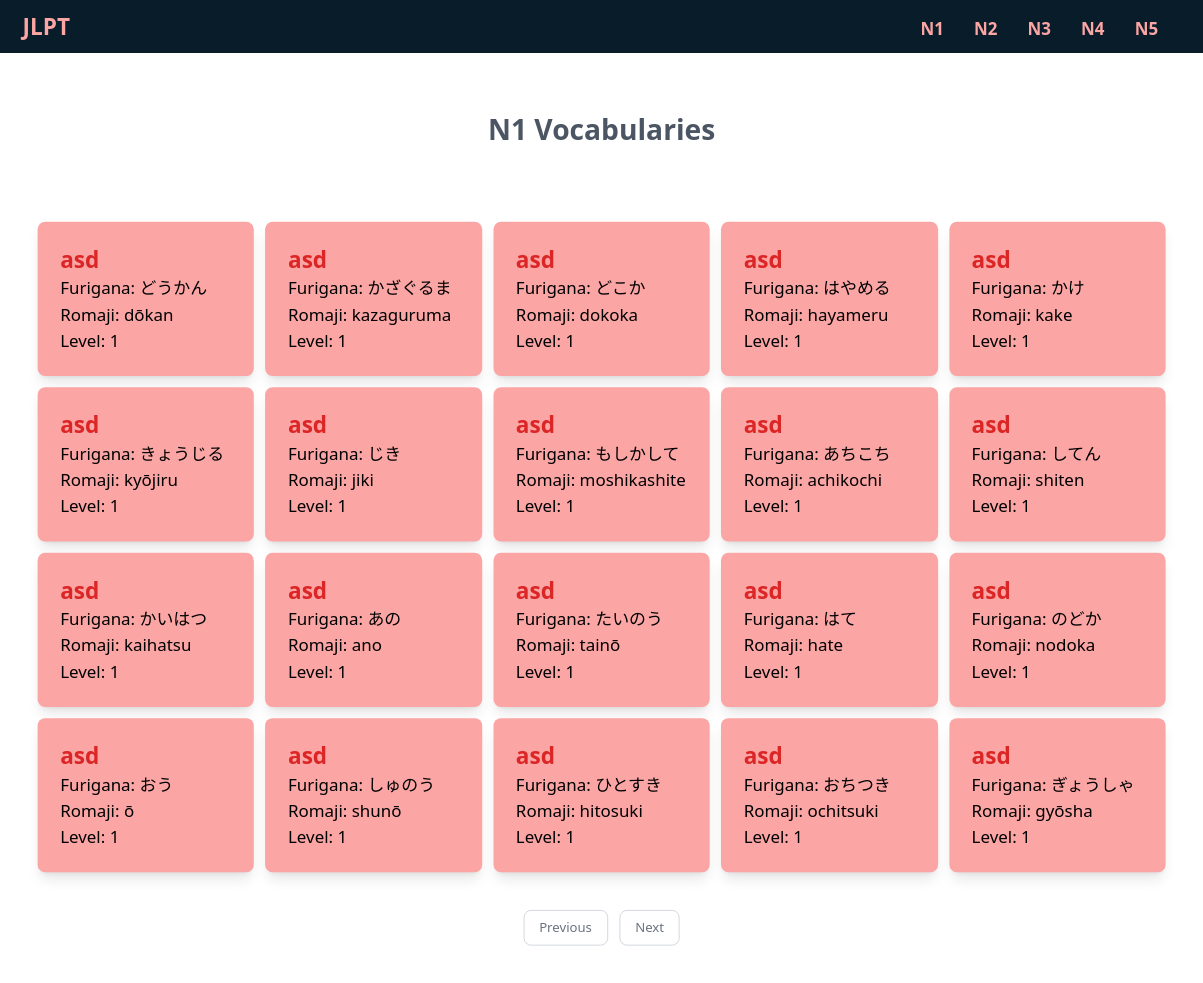
Repository: Penglee25/JLPT-vocabulary
Page: /n1
An editor plug-in stored every save of this project. The page is shown before and after the next save, followed by the edit.
The browser window is 1280 px wide. The pictures show the whole page, at 94% of full size.
The project was rebuilt for these pictures with package versions that can differ from the ones it lists, and the page was loaded fresh each time. The framework's server and built-in components were replaced by stand-ins that run in the browser. Also part of the build but not shown: next.config.js, src/styles/main.css.

Above is the page before, as saved 2023-03-17 15:37:34.

After the next save:
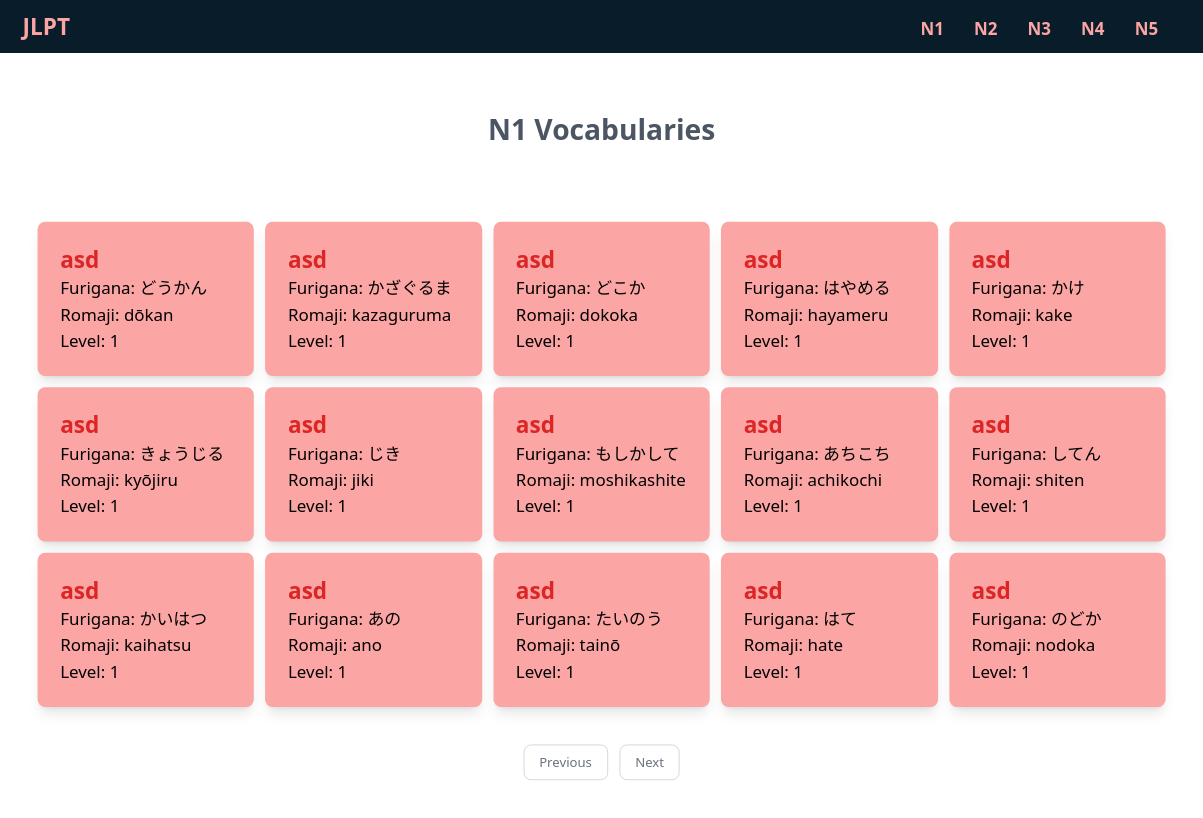
Saved 8 s later.
--- a/src/pages/n1.tsx
+++ b/src/pages/n1.tsx
@@ -6,7 +6,7 @@ export default function n1() {
 
     const [wordPost, setWordPost] = useState();
     const data = pickDB(1);
-    const itemsPerPage = 20;
+    const itemsPerPage = 15;
 
     const [currentPage, setCurrentPage] = useState(1);
     const totalPages = Math.ceil(data.length / itemsPerPage);
